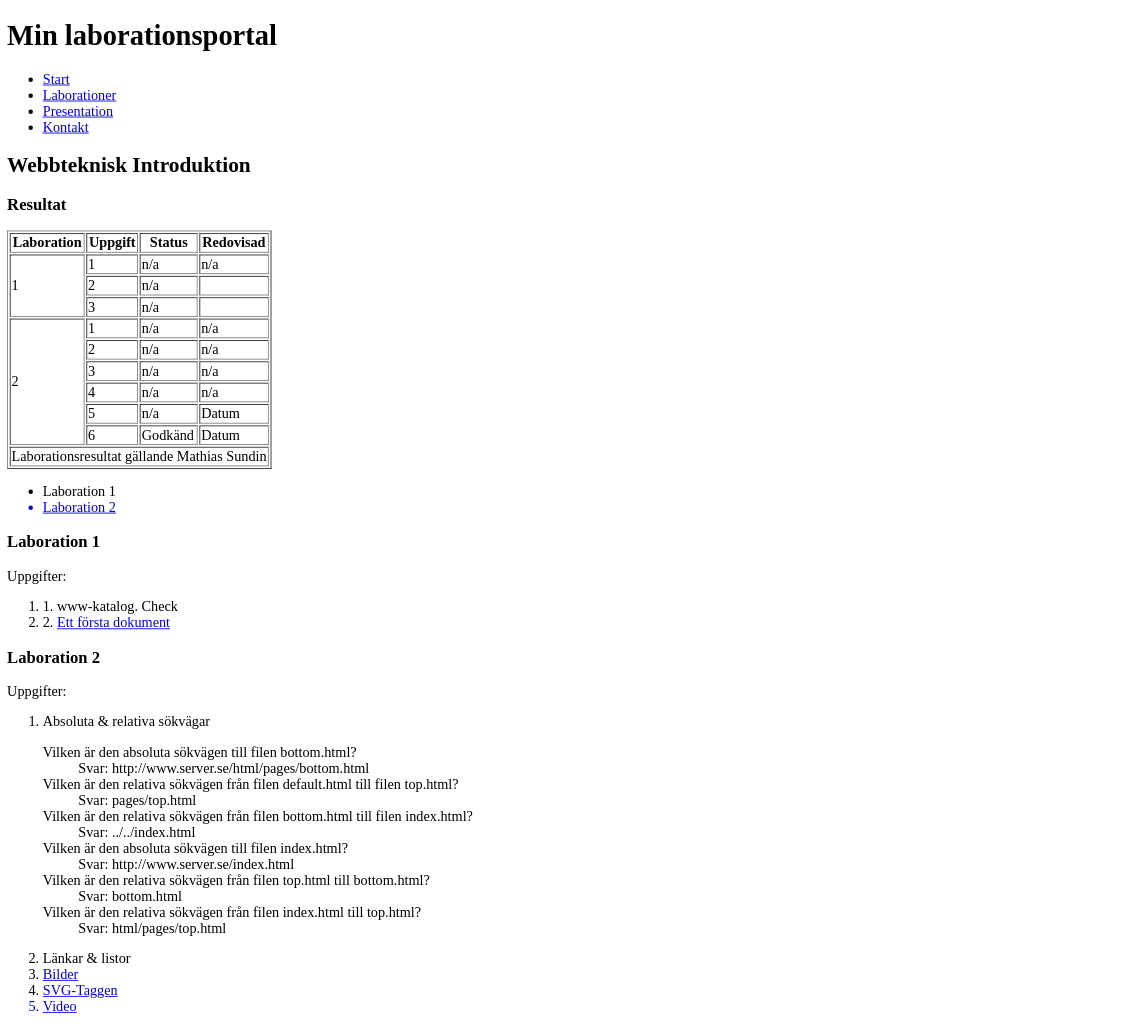
Repository: ms223uh/1ik415-laborationer
Page: www/pages/laborationer.html
The author's editor kept a record of every edit. The page is drawn from the files as they stood at one moment, then again after the next edit.
The browser window is 1280 px wide. The pictures show the whole page, at 89% of full size.

Above is the page before.

After the next edit:
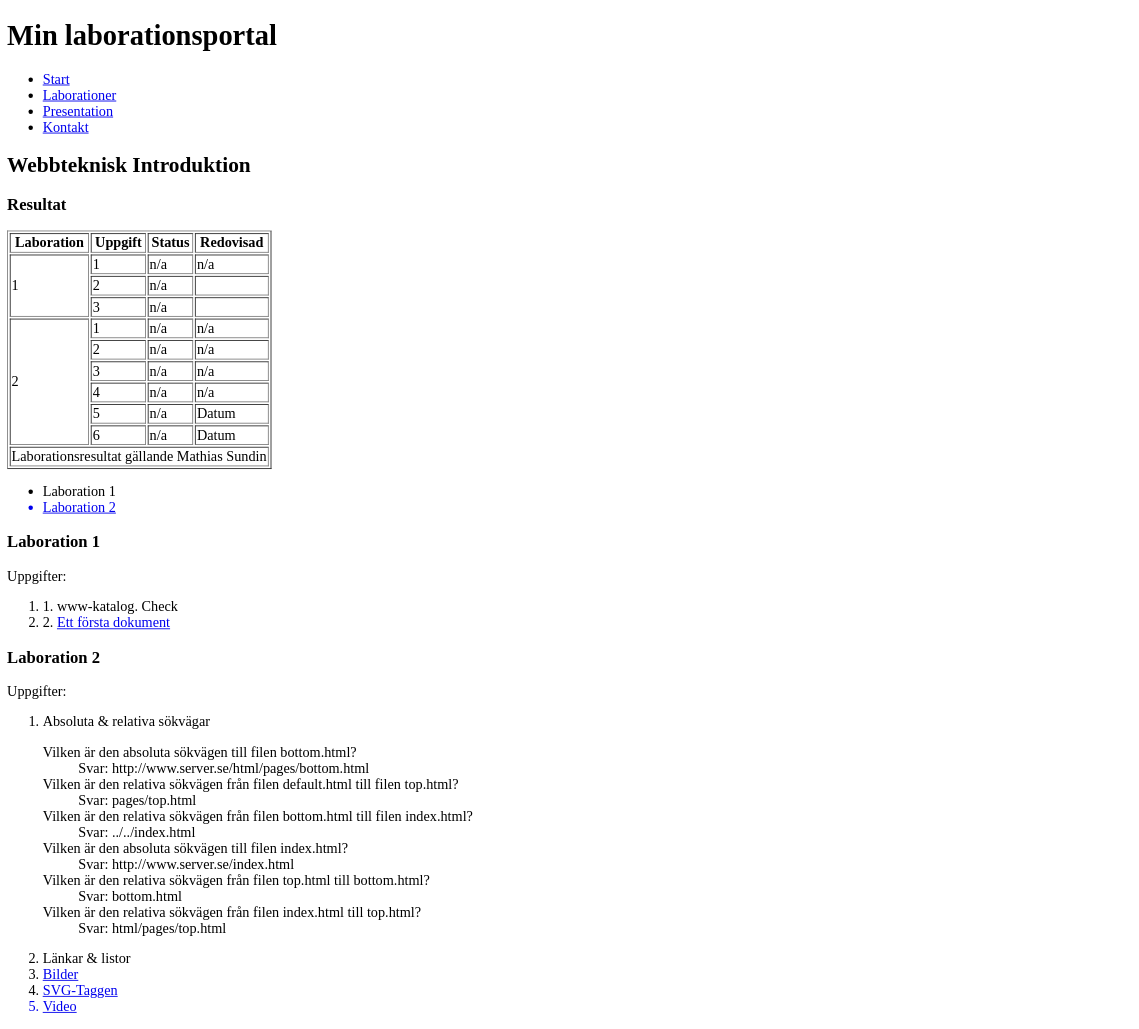
The edit:
--- a/www/pages/laborationer.html
+++ b/www/pages/laborationer.html
@@ -88,7 +88,7 @@
                    </tr>
                    <tr>
                    <td>6</td>
-                   <td>Godkänd</td>
+                   <td>n/a</td>
                    <td>Datum</td>
                    </tr>
                </tr>
